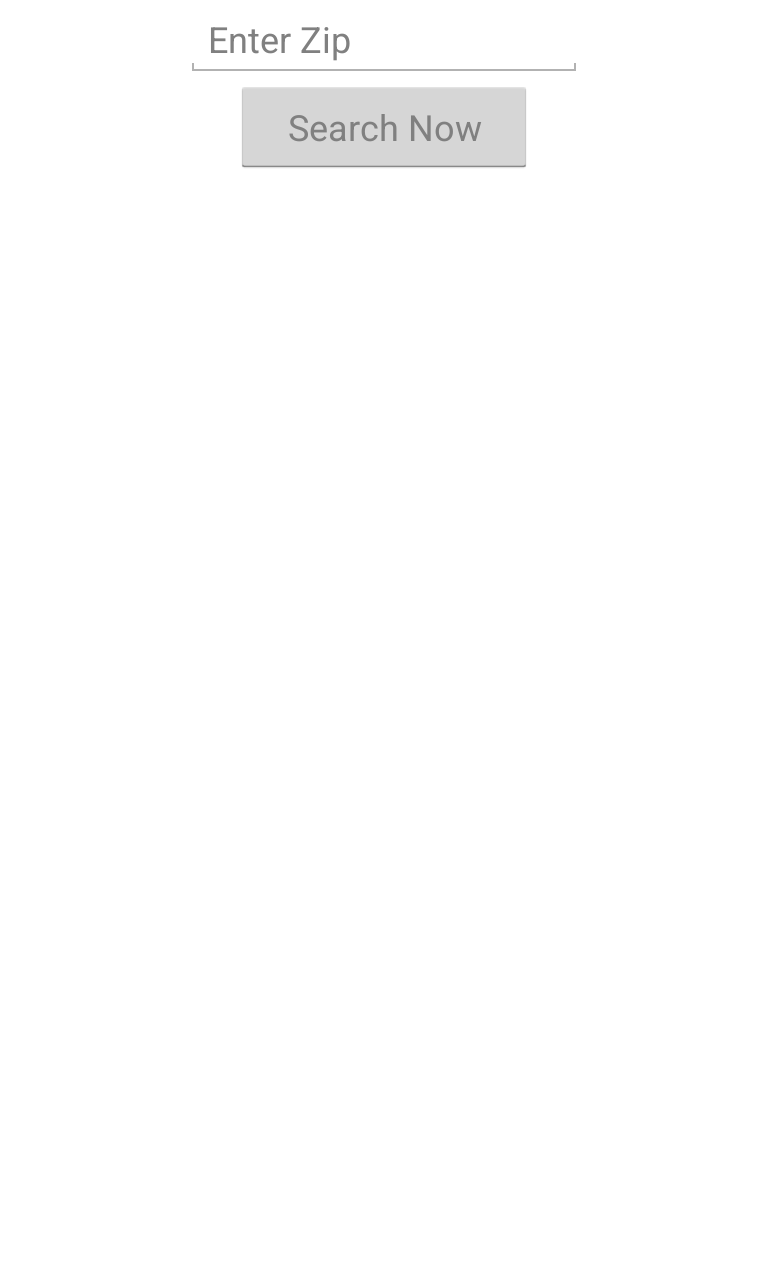
Repository: scottcaruso/Java_I_1307_Week4
Layout: myGov/res/layout/main_screen.xml
The author's editor kept a copy of each file at every save. The layout is drawn from the files as they stood at one save, then again after the next save.
It is drawn on a 768 x 1280 px phone screen (xhdpi) without system bars, with theme AppTheme; the app's code is not run.

Above is the layout before, as saved 2013-08-01 19:10:20.

After the next save:
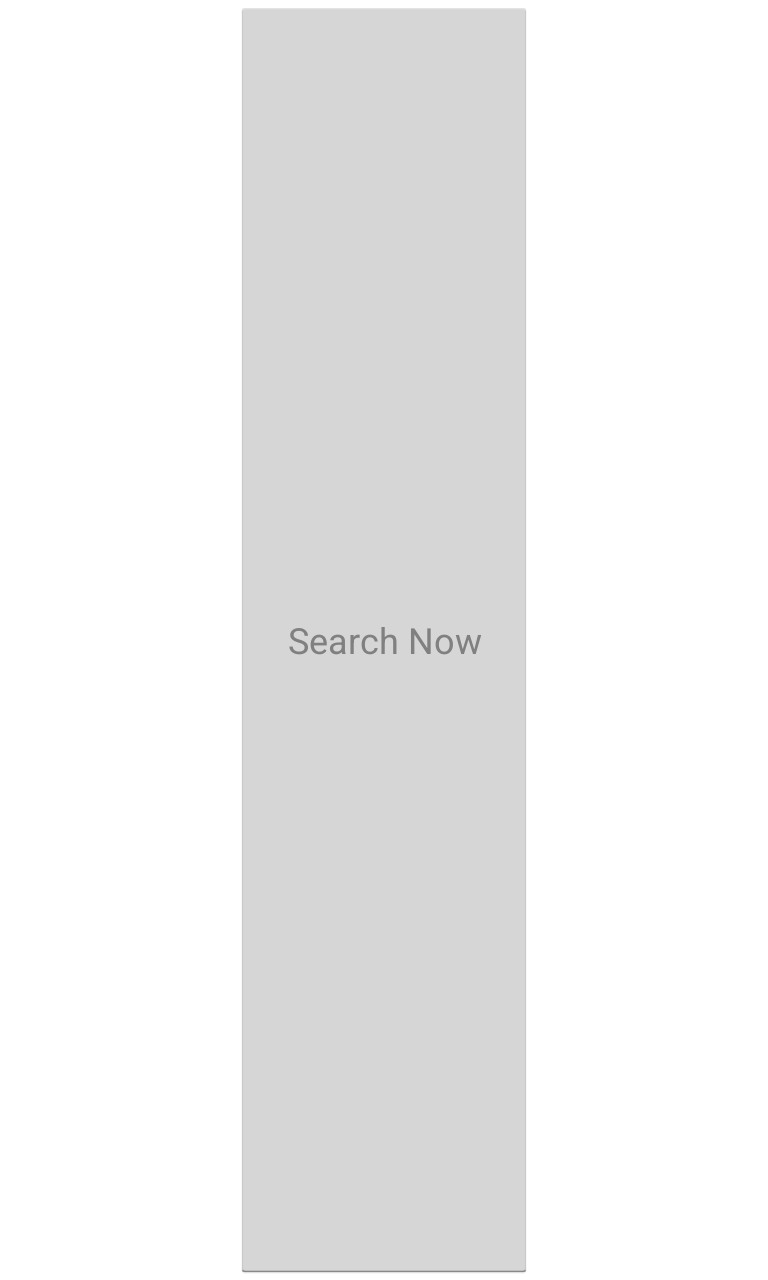
Saved 6 min 55 s later.
--- a/myGov/res/layout/main_screen.xml
+++ b/myGov/res/layout/main_screen.xml
@@ -3,25 +3,24 @@
     android:layout_width="wrap_content"
     android:layout_height="wrap_content"
     android:layout_gravity="center_horizontal"
+    android:gravity="center|center_horizontal"
     android:orientation="vertical" >
 
     <EditText
         android:id="@+id/zipcodeentry"
         android:layout_width="200dp"
-        android:layout_height="wrap_content"
-        android:layout_gravity="center"
-        android:maxLength="5"
+        android:layout_height="0dp"
+        android:layout_weight="1"
+        android:gravity="center"
+        android:hint="@string/enter_zip"
         android:inputType="number"
-        android:hint="@string/enter_zip"
-        />
+        android:maxLength="5" />
 
     <Button
         android:id="@+id/dosearchnow"
         android:layout_width="150dp"
-        android:layout_height="wrap_content"
+        android:layout_height="match_parent"
         android:layout_gravity="center"
-        android:hint="@string/search_now"
-        ></Button>
-
+        android:hint="@string/search_now" />
 
 </LinearLayout>
